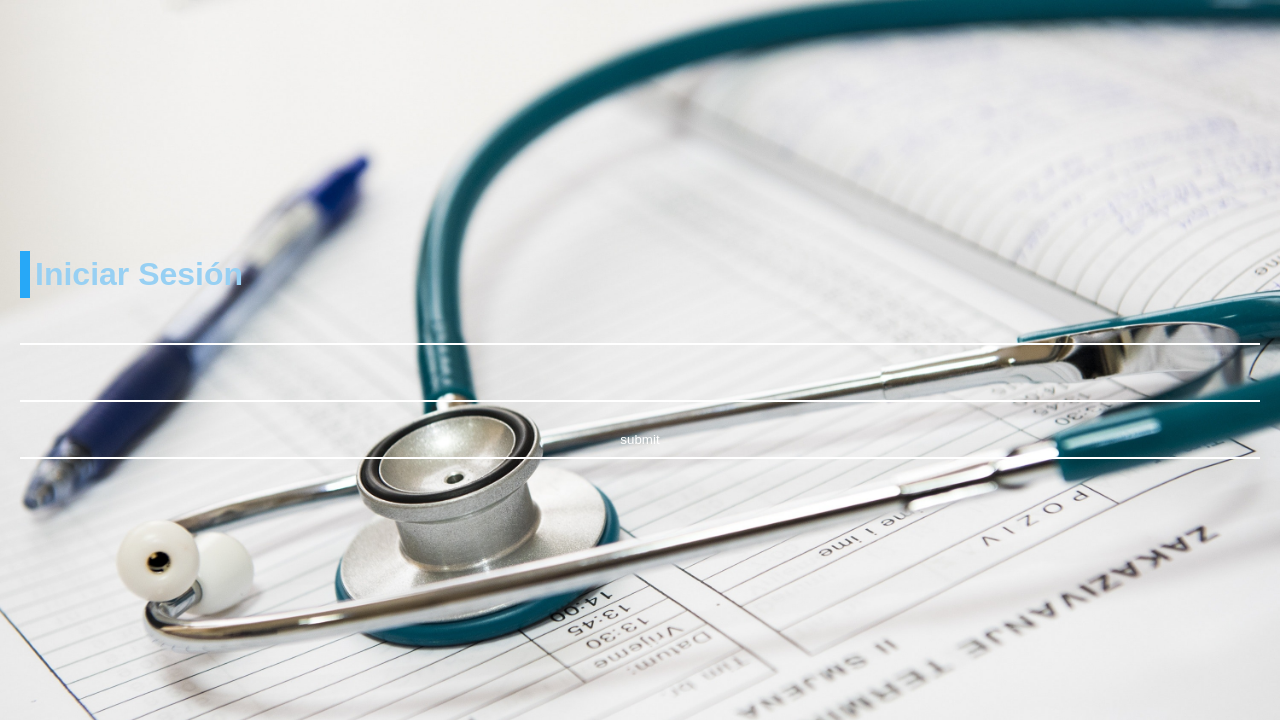
Repository: alejandropiuryp/clinica
Page: http://localhost/XE/login.php
These files come from the project's save history. The page is drawn as it stood at one moment and after the next save; the edit follows.
The browser window is 1280 px wide. The pictures show the whole page.
Some web fonts or font styles are not loaded; a fallback is used. The page is run by PHP 8.4 with error messages shown; the project is at /var/www/html/.

Above is the page before, as saved 2020-05-10 14:23:34.

### ClinicaReconocimiento/login.php


<!DOCTYPE html>
<html lang="es">
	<head>
		<meta charset="utf-8">
		<title>Login</title>
		<link href="css/registro_usuario.css" rel="stylesheet" type="text/css" media="all">
	</head>

	<body>
		<div class="contenedor">
			<form action="login.php" method="post">
				<div class = "datos_contacto">
					<h1>Iniciar Sesión</h1>
					<input type="text" name="email" id="email" />
					<input type="password" name="pass" id="pass" />
					<input type="submit" name="submit" value="submit" />
				</div>
			</form>
		</div>
	</body>
</html>

### ClinicaReconocimiento/css/registro_usuario.css
@import url('https://fonts.googleapis.com/css2?family=Jost:wght@100&family=Raleway&display=swap');

*{
	margin: 0;
	padding: 0;
	box-sizing: border-box;
	outline: none;
	font-family: 'Raleway', sans-serif;
}

body{
	background: url("../img/fondo-registro.jpg") no-repeat top center;
	background-size: cover;
	height: 100%;
}

h1{
	color:#97D0F3;
	border-left: 10px solid #27A8F7;
	padding: 5px;
}
.contenedor{
	position:absolute;
	top:50%;
	transform: translateY(-50%);
	width: 100%;
	padding: 0 20px;
}

#enviar{
	display: block;
	margin: 20px auto auto auto;
	border-bottom: 0px;
	background: #39b7dd;
	padding: 15px;
	cursor: pointer;

}
.columnas{
	max-width: 670px;
	margin: 0 auto;
	padding: 30px;
	background: rgba(0,0,0,0.8);
	display: flex;
	flex-wrap: nowrap;
	justify-content: space-between;
}

.datos_personales{
	display: flex;
	flex-direction: column;
	margin-right: 4%;
}

.datos_contacto{
	display: flex;
	flex-direction: column;
}


input{
	margin: 10px 0;
	background: transparent;
	border: 0;
	border-bottom: 2px solid white;
	padding: 10px;
	color: white;

}

::-webkit-input-placeholder{
	color: #c5ecfd;
}

::-moz-input-placeholder{
	color: #c5ecfd;
}

::-ms-input-placeholder{
	color: #c5ecfd;
}

small{
	max-width:300px;
	visibility: hidden;
}

.error {
	border-top: 2px solid;
	border-left: 2px solid;
	border-right: 2px solid;
	border-color: #e74c3c;
}

.errorSmall {
	color: #e74c3c;
	visibility: visible;
}


@media screen and (max-width: 800px){
	.columnas{
		flex-direction: row;
	}
}

After the next save:
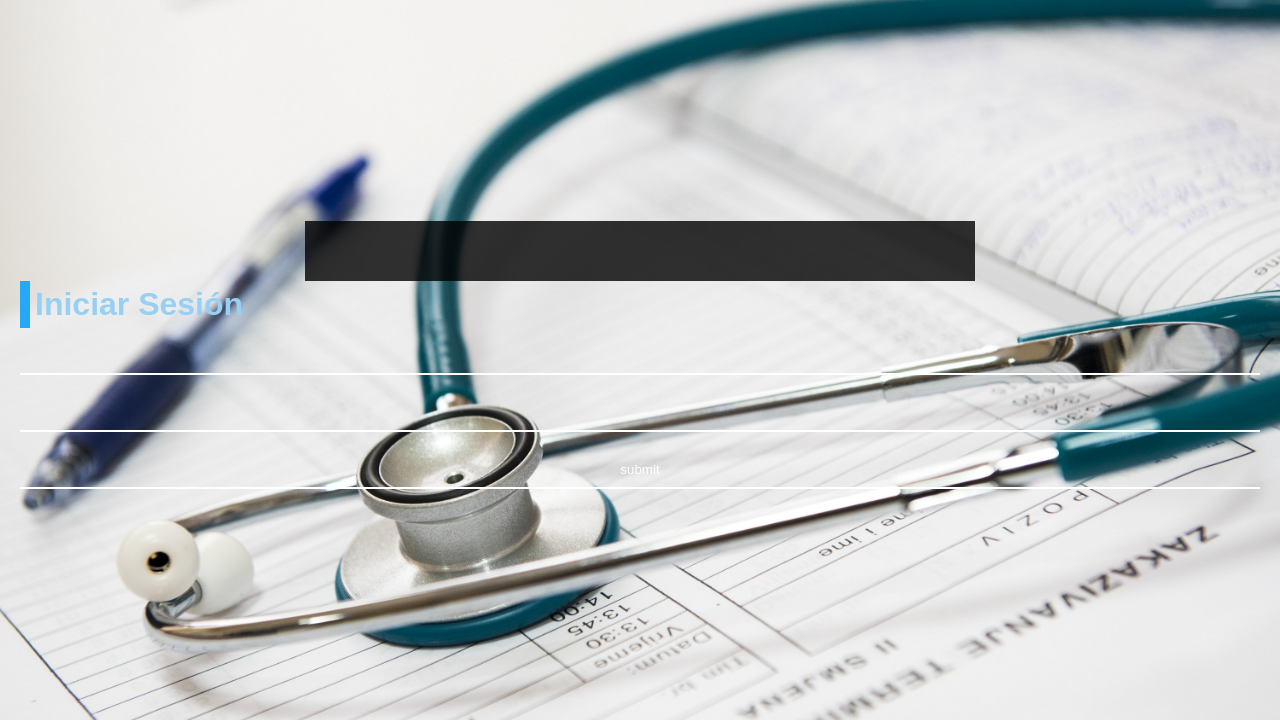
Saved 68 s later.
--- a/ClinicaReconocimiento/login.php
+++ b/ClinicaReconocimiento/login.php
@@ -11,6 +11,7 @@
 	<body>
 		<div class="contenedor">
 			<form action="login.php" method="post">
+				<div class = "columnas"></div>
 				<div class = "datos_contacto">
 					<h1>Iniciar Sesión</h1>
 					<input type="text" name="email" id="email" />
